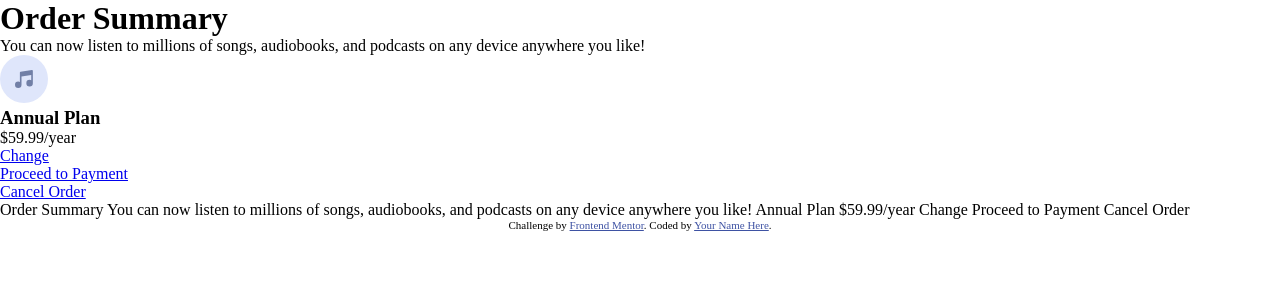
Repository: DejV44/order-summary-frontend
Page: index.html
An editor plug-in stored every save of this project. The page is shown before and after the next save, followed by the edit.
The browser window is 1280 px wide. The pictures show the whole page.
The style sheet was rebuilt from its Sass, Less or Tailwind sources for each picture, by a compiler version that may differ from the author's.

Above is the page before, as saved 2021-08-11 21:46:26.

### index.html
<!DOCTYPE html>
<html lang="en">
<head>
  <meta charset="UTF-8">
  <meta name="viewport" content="width=device-width, initial-scale=1.0">
  <link rel="stylesheet" href="css/style.css">

  <link rel="icon" type="image/png" sizes="32x32" href="./images/favicon-32x32.png">

  <title>Frontend Mentor | Order summary card</title>

</head>
<body>
  <div class="container">
    <div class="backgr"></div>
    <div class="content">
      <h1>Order Summary</h1>
      <p>You can now listen to millions of songs, audiobooks, and podcasts on any
  device anywhere you like!</p>
    </div>
    <div class="price_container">
      <div class="annual">
        <img src="/images/icon-music.svg" alt="music">
        <h3>Annual Plan</h3>
        <p>$59.99/year</p>
      </div>
      <a href="#">Change</a>
    </div>
    <div class="button">
      <a href="#">Proceed to Payment</a>
    </div>
    <div class="cancel_button">
      <a href="#">Cancel Order</a>
    </div>

  </div>
  Order Summary

  You can now listen to millions of songs, audiobooks, and podcasts on any
  device anywhere you like!

  Annual Plan
  $59.99/year

  Change

  Proceed to Payment
  Cancel Order

  <div class="attribution">
    Challenge by <a href="https://www.frontendmentor.io?ref=challenge" target="_blank">Frontend Mentor</a>.
    Coded by <a href="#">Your Name Here</a>.
  </div>
</body>
</html>

### css/style.scss
* {
    margin: 0;
    padding: 0;
}
@import url('https://fonts.googleapis.com/css2?family=Red+Hat+Display:wght@500;700;900&display=swap');
@import "variables";
@import "mixins";







.attribution { font-size: 11px; text-align: center; }
.attribution a { color: hsl(228, 45%, 44%); }

### css/_variables.scss
// ---COLORS--

$Paleblue: hsl(225, 100%, 94%);
$Brightblue: hsl(245, 75%, 52%);
$VeryPaleBlue: hsl(225, 100%, 98%);
$Desaturatedblue: hsl(224, 41%, 36%);
$DarkBlue: hsl(223, 47%, 23%);

### css/_mixins.scss
@mixin fonts {
    font-family: 'Red Hat Display', sans-serif;
}

After the next save:
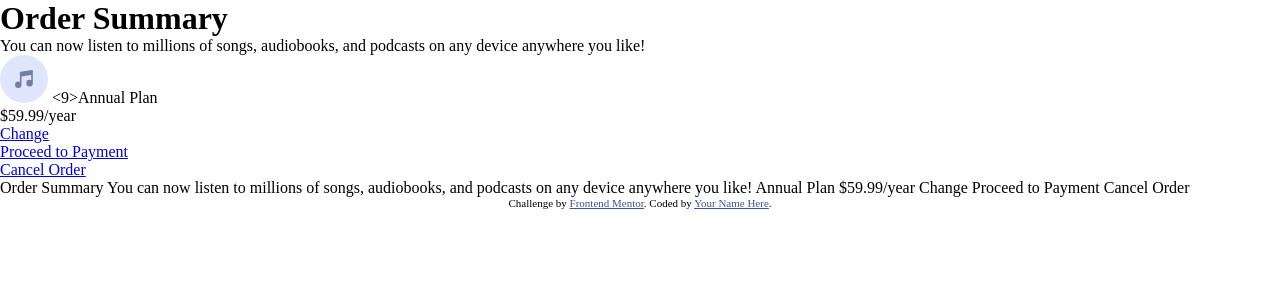
Saved 11 s later.
--- a/index.html
+++ b/index.html
@@ -21,7 +21,7 @@
     <div class="price_container">
       <div class="annual">
         <img src="/images/icon-music.svg" alt="music">
-        <h3>Annual Plan</h3>
+        <9>Annual Plan</9>
         <p>$59.99/year</p>
       </div>
       <a href="#">Change</a>
